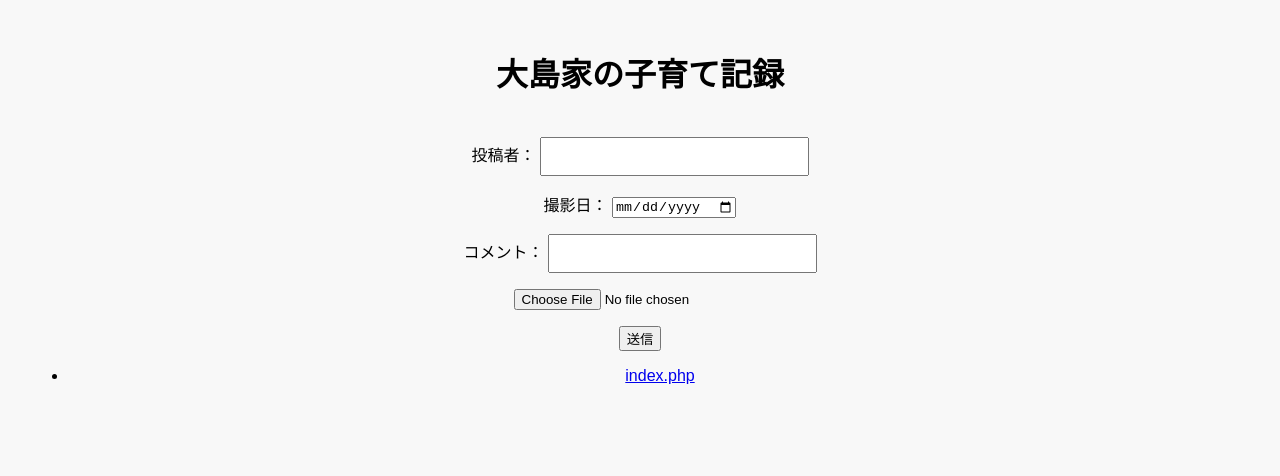
Repository: daidai0602/gs_kadai_questionnaire
Page: http://localhost/post.php
The author's editor kept a copy of each file at every save. The page is drawn from the files as they stood at one save, then again after a run of saves.
The browser window is 1280 px wide. The pictures show the whole page.
The page is run by PHP 8.4 with error messages shown; the project is at /var/www/html/.

Above is the page before, as saved 2023-11-15 22:39:44.

### post.php
<!DOCTYPE html>
<html lang="ja">
<head>
  <meta charset="UTF-8">
  <title>Document</title>
  <style>
    body {
      font-family: Arial, Helvetica, sans-serif;
      background-color: #f8f8f8;;
      padding: 20px;
      text-align: center;
    }
    h1 {
      padding-bottom: 20px;
    }
    input[type="text"]{
      width: 20%;
      padding: 10px;
    }

  </style>
</head>
<body>
  <h1>大島家の子育て記録</h1>
  <form action="write.php" method="post" enctype="multipart/form-data">
    <p>投稿者： <input type="text" name="name" size="15"></p>
    <p>撮影日： <input type="date" name="date"></p>
    <p>コメント： <input type="text" name="comment" size="20" ></p>
    <p><input type="file" name="upload_image"accept=".jpg,.jpeg,.png" required></p>
    <p><input type="submit" class="btn_submit" value="送信"></p>
  </form>
  <ul>
    <li><a href="index.php">index.php</a></li>
  </ul>
</body>
</html>

After the next 2 saves:
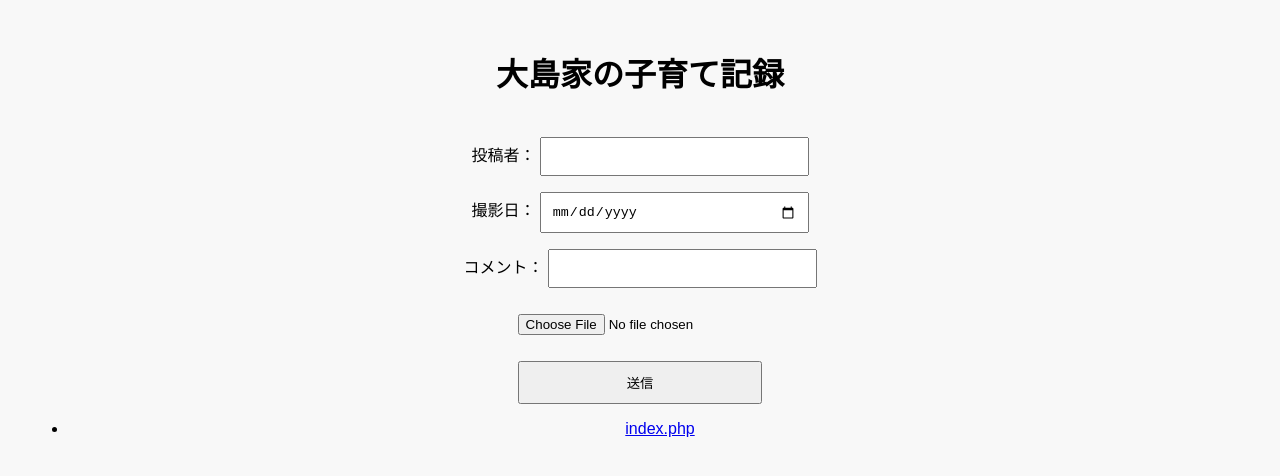
The 2 saves are shown as one change because they came seconds apart.
The last was saved 18 s later.
--- a/post.php
+++ b/post.php
@@ -13,7 +13,7 @@
     h1 {
       padding-bottom: 20px;
     }
-    input[type="text"]{
+    input{
       width: 20%;
       padding: 10px;
     }
